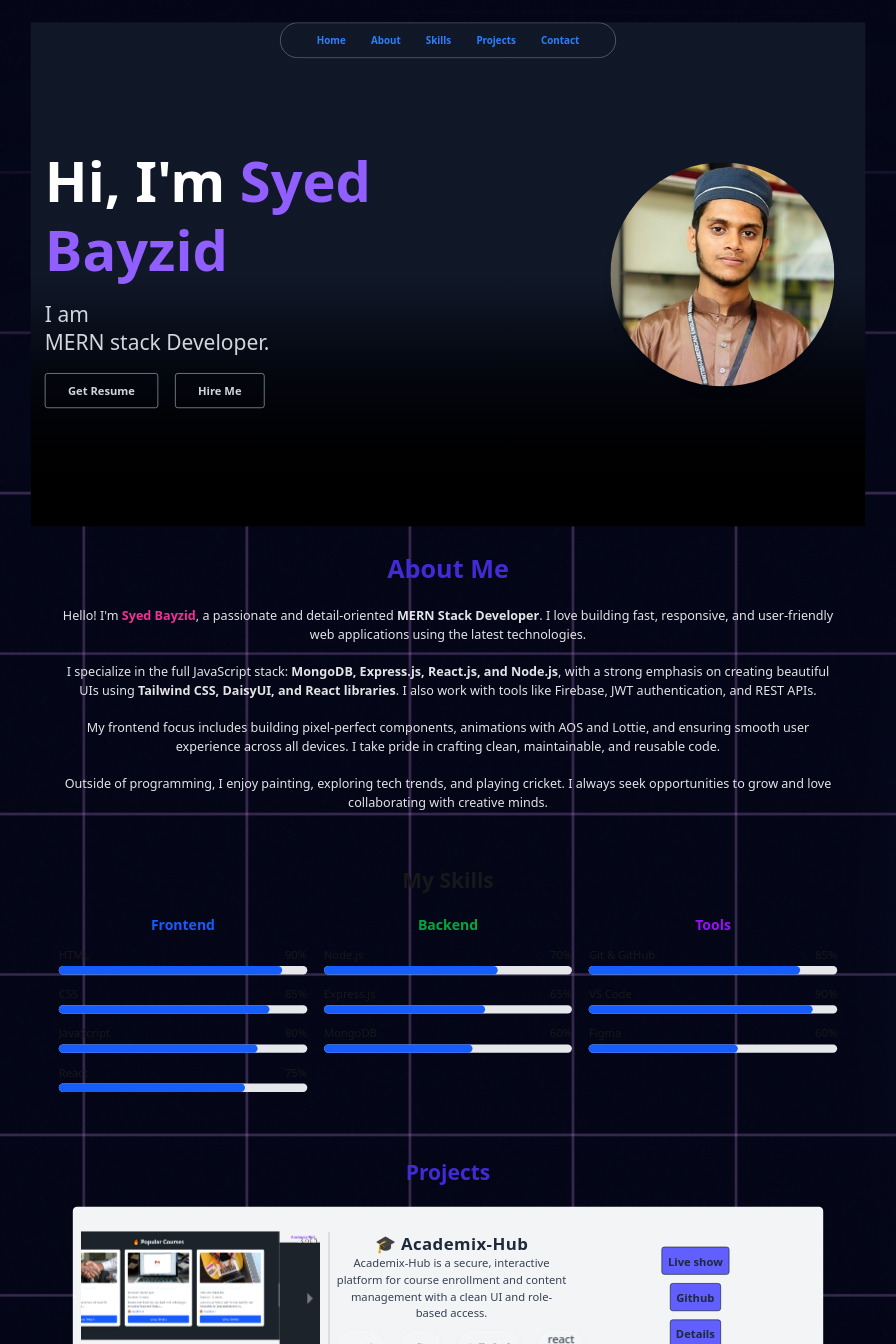
Repository: syedbayzid82849/syed-bayzid
Page: /
These files come from the project's save history. The page is drawn as it stood at one moment and after a run of saves; the edit follows.
The browser window is 1280 px wide. The pictures show the part of the page from y = 0 to 1920 px (the page is 2972 px tall), at 70% of full size.
The project was rebuilt for these pictures with package versions that can differ from the ones it lists, and the page was loaded fresh each time. Also part of the build but not shown: vite.config.js, src/App.jsx.

Above is the page before, as saved 2025-08-11 16:53:23.

After the next 3 saves:
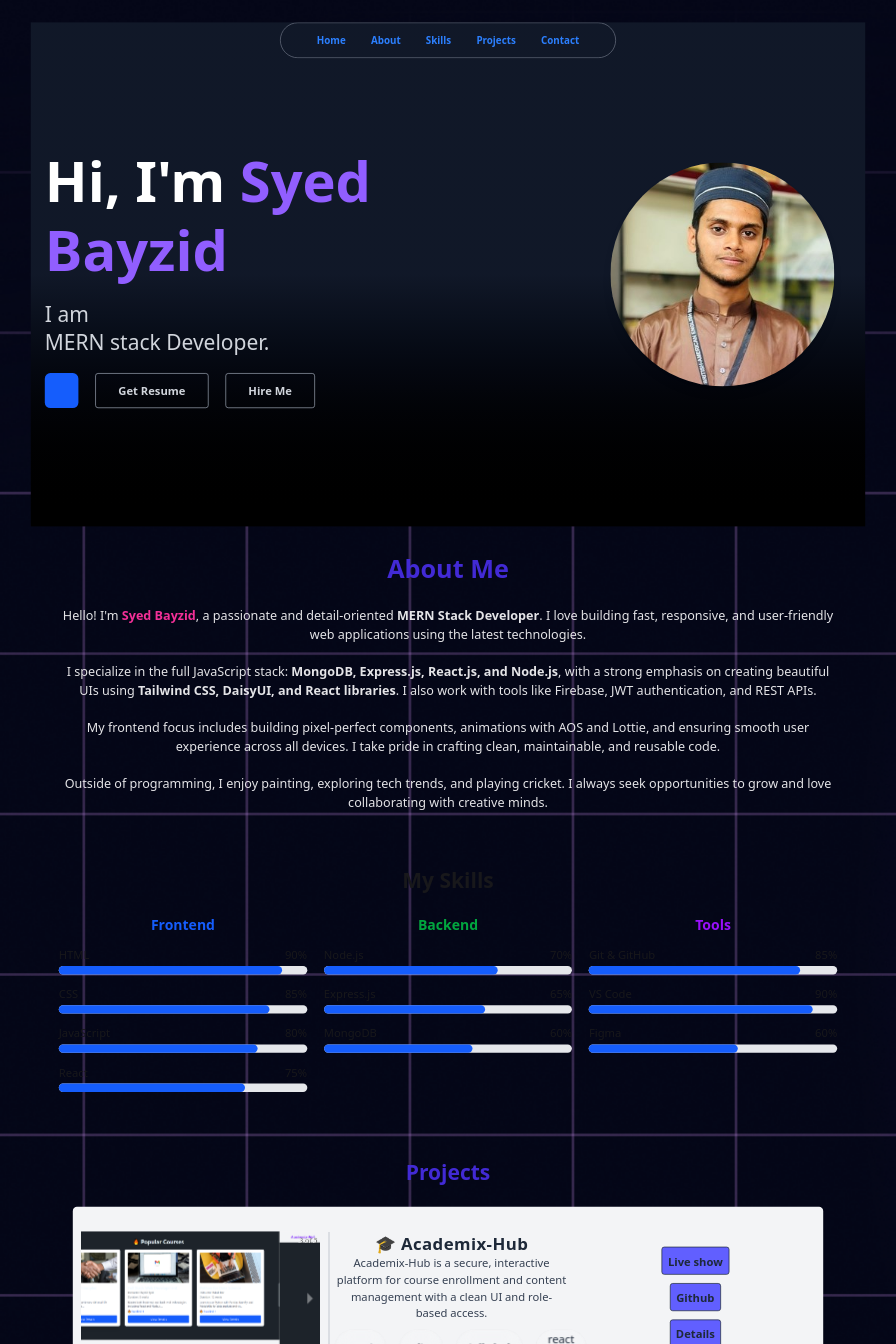
The 3 saves are shown as one change because they came seconds apart.
The last was saved 19 s later.
--- a/src/Components/HomeComponents/Hero.jsx
+++ b/src/Components/HomeComponents/Hero.jsx
@@ -32,6 +32,11 @@ const Hero = () => {
                         </p>
 
                         <div className="flex justify-center lg:justify-start gap-6 mt-6">
+                            <motion.button
+                                whileHover={{ scale: 1.05 }}
+                                whileTap={{ scale: 0.95 }}
+                                className="px-6 py-3 bg-blue-600 rounded-lg font-medium hover:bg-blue-700 transition"
+                            ></motion.button>
                             <a
                                 href="/CV of Syed Bayzid.pdf"
                                 download
